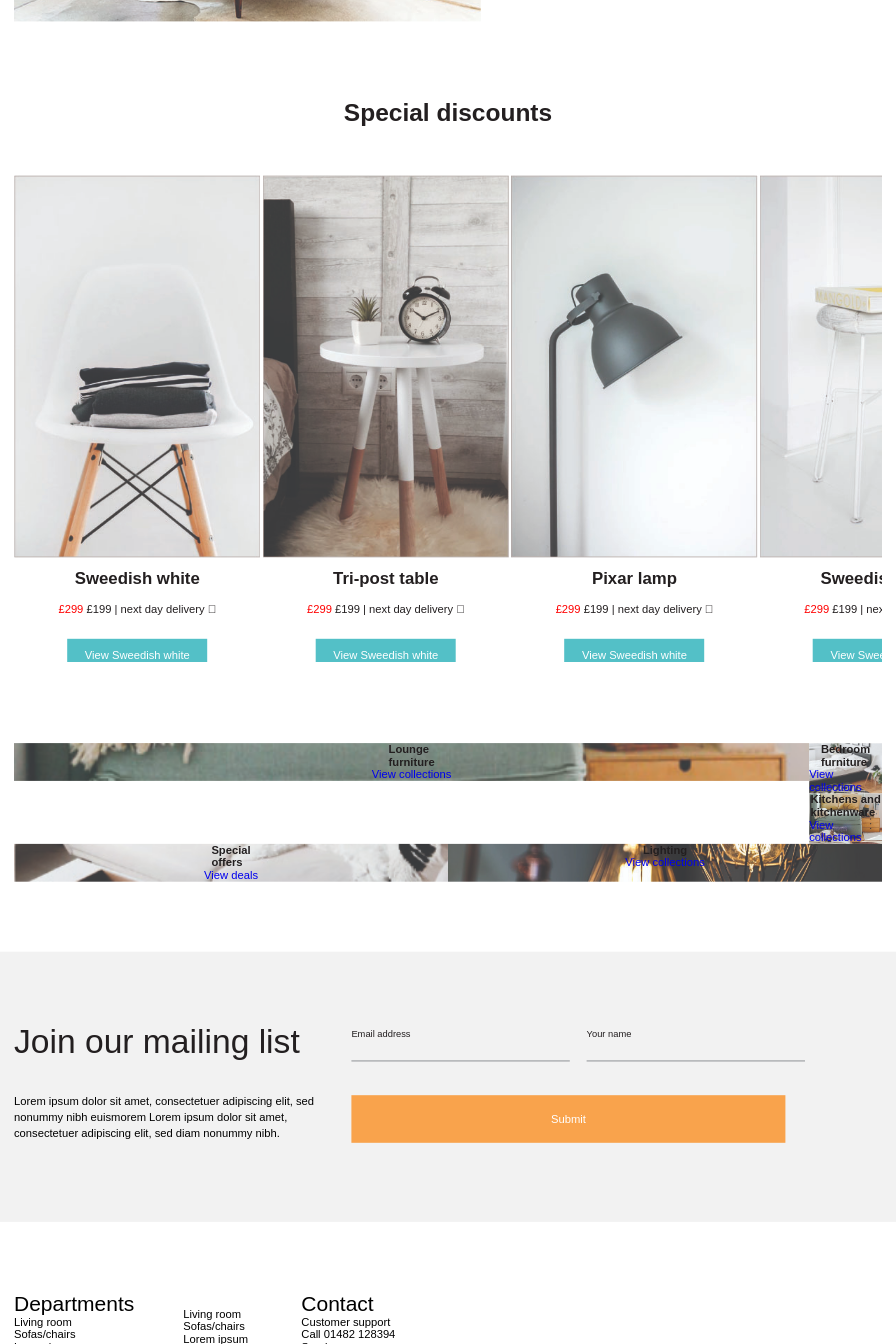
Repository: dinhhaidh/republic-web
Page: index.html
These files come from the project's save history. The page is drawn as it stood at one moment and after the next save; the edit follows.
The browser window is 1280 px wide. The pictures show the part of the page from y = 1392 to 3312 px (the page is 3734 px tall before and 3529 px after), at 70% of full size.
Some web fonts or font styles are not loaded; a fallback is used. Some web libraries are served in a nearby version.

Above is the page before, as saved 2024-01-26 09:01:20.

### index.html
<!DOCTYPE html>
<html lang="en">
<head>
    <meta charset="UTF-8">
    <meta name="viewport" content="width=device-width, initial-scale=1.0">

    <!--=============== FAVICON ===============-->
    <link rel="shortcut icon" href="assets/img/favicon.png" type="image/x-icon">

    <!--=============== REMIXICONS ===============-->
    <link rel="stylesheet" href="https://cdn.jsdelivr.net/npm/remixicon@4.1.0/fonts/remixicon.min.css">

    <link
    rel="stylesheet"
    href="https://cdn.jsdelivr.net/npm/swiper@11/swiper-bundle.min.css"
  />

    <!--=============== CSS ===============-->
    <link rel="stylesheet" href="style.css">

    <title>Responsive </title>
</head>
<body>
    <!--==================== HEADER ====================-->
    <header class="header" id="header">
        <nav class="nav container">
            <div href="#" class="nav__logo">
                <img src="./img/logo.jpg" alt="image" class="nav__img">
            </div>
            <div class="nav__menu" id="nav-menu">
                <ul class="nav__list">
                    <li class="nav__item">
                        <a href="#home" class="nav__link">Home</a>
                    </li>
                    <li class="nav__item">
                        <a href="#bedroom" class="nav__link">Bedroom</a>
                    </li>
                    <li class="nav__item">
                        <a href="#lounge" class="nav__link">Lounge</a>
                    </li>
                    <li class="nav__item">
                        <a href="#kitchen" class="nav__link">Kitchen</a>
                    </li>
                    <li class="nav__item">
                        <a href="#lighting" class="nav__link">Lighting</a>
                    </li>
                </ul>
                <div class="nav__close" id="nav-close">
                    <i class="ri-close-line"></i>
                </div>
                <form action="" class="nav__button">
                    <div class="button">
                        <input type="text" placeholder="Find something..." class="form-control">
                        <i class="ri-search-line button__search"></i>
                    </div>
                    <div class="shopping">
                        <i class="ri-shopping-cart-line "></i>
                        <span class="shopping__quantity">0</span>
                    </div>
                </form>
                <!-- toggle -->
                <div class="nav__toggle" id="nav-toggle">
                    <i class="ri-menu-line"></i>
                </div>
            </div>

        </nav>
    </header>

    <!--==================== MAIN ====================-->
    <main class="main">
        <!--==================== Home  ====================-->
        <section class="home section" id="home">
            <div class="home__container container">
                <div class="home__contennt">
                    <h1 class="home__title">Premium <br> collection</h1>
                    <p class="home__desc">
                        Lorem ipsum dolor sit amet, consectetuer adipiscing elit, sed diam nonummy nibh euismorem ipsum dolor sit amet, consectetuer adipiscing elit
                    </p>
                    <h4>£2,300</h4>
                    <a href="#" class="button__link">View the collection</a>
                </div>
                <div class="home__images">
                    <img src="./img/hom1.jpg" alt="" class="home__image">
                    <div class="home__span">
                        <span><a href="">Lorem ipsum dolor sit amet</a>    £2,300</span>
                        <span><a href="#"> Consectetuer adsed diam</a>    £2,300</span>
                    </div>
                </div>
            </div>
        </section>

        <!--==================== Bedroom ====================-->
        <section class="bedroom section" id="bedroom">
            <div class="bedroom__container container swiper">
                <div class="swiper-wrapper">
                    <div class="bedroom__main swiper-slide">
                        <div class="bedroom__images">
                            <img src="./img/funitire1.jpg" alt="" class="bedroom__image">
                        </div>
                        <div class="bedroom__content">
                            <span>Living room</span>
                            <div class="bedroom-brick"></div>
                            <h2 class="bedroom__title">Minimalist <br>
                                furniture</h2>
                            <p class="bedroom__desc">
                                Lorem ipsum dolor sit amet, consectetuer adipiscing elit, sed diam nonummy nibh euismorem
                            </p>
                            <a href="#" class="button__link">View the collection</a>
                        </div>
                    </div>
                    <div class="bedroom__main swiper-slide">
                        <div class="bedroom__images">
                            <img src="./img/finiture2.jpg" alt="" class="bedroom__image">
                        </div>
                        <div class="bedroom__content">
                            <span>Living room</span>
                            <div class="bedroom-brick"></div>
                            <h2 class="bedroom__title">Minimalist <br>
                                furniture</h2>
                            <p class="bedroom__desc">
                                Lorem ipsum dolor sit amet, consectetuer adipiscing elit, sed diam nonummy nibh euismorem
                            </p>
                            <a href="#" class="button__link">View the collection</a>
                        </div>
                    </div>
                    <div class="bedroom__main swiper-slide">
                        <div class="bedroom__images">
                            <img src="./img/funitire1.jpg" alt="" class="bedroom__image">
                        </div>
                        <div class="bedroom__content">
                            <span>Living room</span>
                            <div class="bedroom-brick"></div>
                            <h2 class="bedroom__title">Minimalist <br>
                                furniture</h2>
                            <p class="bedroom__desc">
                                Lorem ipsum dolor sit amet, consectetuer adipiscing elit, sed diam nonummy nibh euismorem
                            </p>
                            <a href="#" class="button__link">View the collection</a>
                        </div>
                    </div>
                </div>
            </div>
        </section>

        <!--==================== Lounge  ====================-->
        <section class="lounge  section" id="lounge">
            <h2 class="lounge-title">Special discounts</h2>
            <div class="lounge__container container swiper">
                <div class="swiper-wrapper">
                    <div class="swiper-slide">
                        <article class=" lounge__card">
                            <img src="./img/special1.jpg" alt="" class="lounge__img">
                            <h3>Sweedish white</h3>
                            <h4><span>£299</span> £199  |  next day delivery  </h4>
                            <a href="#" class="button__link lounge__button">View Sweedish white</a>
                        </article>
                    </div>
                    <div class="swiper-slide">
                        <article class=" lounge__card swiper-slide">
                            <img src="./img/special2.jpg" alt="" class="lounge__img">
                            <h3>Tri-post table</h3>
                            <h4><span>£299</span> £199  |  next day delivery  </h4>
                            <a href="#" class="button__link lounge__button">View Sweedish white</a>
                        </article>
                    </div>
                    <article class=" lounge__card swiper-slide">
                        <img src="./img/special3.jpg" alt="" class="lounge__img">
                        <h3>Pixar lamp</h3>
                        <h4><span>£299</span> £199  |  next day delivery  </h4>
                        <a href="#" class="button__link lounge__button">View Sweedish white</a>
                    </article>
                    <div class="swiper-slide">
                        <article class="lounge__card">
                            <img src="./img/special4.jpg" alt="" class="lounge__img">
                            <h3>Sweedish white</h3>
                            <h4><span>£299</span> £199  |  next day delivery  </h4>
                            <a href="#" class="button__link lounge__button">View Sweedish white</a>
                        </article>
                    </div>
                    <div class="swiper-slide">
                        <article class=" lounge__card">
                            <img src="./img/special1.jpg" alt="" class="lounge__img">
                            <h3>Sweedish white</h3>
                            <h4><span>£299</span> £199  |  next day delivery  </h4>
                            <a href="#" class="button__link lounge__button">View Sweedish white</a>
                        </article>
                    </div>

                </div>
            </div>
        </section>

        <!--==================== Kitchen ====================-->
        <section class="kitchen  section" id="kitchen">
            <div class="kitchen__container container ">
                <div class="kitchen__content">
                    <div class="kitchen__img kitchen__special">
                        <!-- <img src="./img/special5.jpg"  alt="Kitchen image" class="kitchen__one"> -->
                        <div class="kitchen__img__one kitchen-img-top kitchen__collections">
                            <h4>Lounge <br> furniture</h4>
                            <a href="#">View collections</a>
                        </div>
                    </div>
                    <div class="kitchen__image">
                        <div class="kitchen__furniture kitchen__specia">
                            <!-- <img src="./img/special6.jpg"  alt="Kitchen image"> -->
                            <div class="kitchen-img__view kitchen__collections">
                                <h4>Bedroom <br> furniture</h4>
                                <a href="#">View collections</a>
                            </div>
                        </div>
                        <div class="kitchen__special">
                            <!-- <img src="./img/special7.jpg"  alt="Kitchen image"> -->
                            <div class="kitchen__img3 kitchen__collections">
                                <h4>Kitchens and<br> kitchenware</h4>
                                <a href="#">View collections</a>
                            </div>
                        </div>
                    </div>
                </div>
            </div>
            <div class="Kitchen__main container grid">
                <div class="Kitchen__img1">
                    <div class="kitchen__special kitchen__kitchenware">
                        <!-- <div class="kitchen__for"><img src="./img/special8.jpg" alt="Kitchen image"></div> -->
                        <div class="kitchen__imag4 kitchen__collections">
                            <h4>Special<br>offers</h4>
                            <a href="#">View deals</a>
                        </div>
                    </div>
                    <div class="kitchen__special kitchen__kitchenwares">
                        <!-- <img src="./img/special9.jpg"  alt="Kitchen image"> -->
                        <div class="kitchen__img5 kitchen__collections">
                            <h4>Lighting</h4>
                            <a href="#">View collections</a>
                        </div>
                    </div>
                </div>
            </div>
        </section>

        <!-- <section class="kitchen" id="kitchen">
            <div class="kitchen__container container">
                <div class="kitchen__chekin grid">
                    <div class="kitchen__item">
                        <img src="./img/special5.jpg" alt="">
                        <div class="kitchen__img__one kitchen-img-top">
                            <h4>Lounge <br> furniture</h4>
                            <a href="#">View collections</a>
                        </div>
                    </div>
                    <div class="kitchen__item">
                        <img src="./img/special6.jpg"  alt="Kitchen image">
                        <div class="kitchen-img__view">
                            <h4>Bedroom <br> furniture</h4>
                            <a href="#">View collections</a>
                        </div>
                    </div>
                    <div class="kitchen__item">
                        <img src="./img/special7.jpg"  alt="Kitchen image">
                        <div class="kitchen__img3">
                            <h4>Kitchens and<br> kitchenware</h4>
                            <a href="#">View collections</a>
                        </div>
                    </div>
                </div>
                <div class="kitchen__content container">
                    <div class="kitchen__item">
                        <img src="./img/special8.jpg" alt="Kitchen image">
                        <div class="kitchen__imag4">
                            <h4>Special<br>offers</h4>
                            <a href="#">View deals</a>
                        </div>
                    </div>
                    <div class="kitchen__item">
                        <img src="./img/special9.jpg"  alt="Kitchen image">
                        <div class="kitchen__img5">
                            <h4>Lighting</h4>
                            <a href="#">View collections</a>
                        </div>
                    </div>
                </div>
            </div>
        </section> -->

        <!--==================== Lighting ====================-->
        <section class="lighting  section" id="lighting">
            <div class="lighting__container container">
                <div class="lighting__list">
                    <h2 class="lighting__heading">Join our mailing list</h2>
                    <p class="lighting__desc">Lorem ipsum dolor sit amet, consectetuer adipiscing elit, sed nonummy nibh euismorem Lorem ipsum dolor sit amet, consectetuer adipiscing elit, sed diam nonummy nibh.</p>
                </div>
                <div class="lighting__form">
                    <form action="" class="lighting__input">
                        <input type="text" placeholder="Email address" class="form__contro">
                        <input type="name" placeholder="Your name" class="form__control">
                    </form>
                    <a href="#" class="lighting__button">Submit</a>
                </div>
            </div>
        </section>
    </main>

    <!--==================== FOOTER ====================-->
    <footer class="footer">
        <div class="footer__container container">
            <div class="footer__content grid">
                <div class="footer__data">
                    <h3 class="footer__title">Departments</h3>
                    <ul class="footer__list">
                        <li class="footer__links">
                            <a href="#" class="footer__link">Living room</a>
                        </li>
                        <li class="footer__links">
                            <a href="#" class="footer__link">Sofas/chairs</a>
                        </li>
                        <li class="footer__links">
                            <a href="#" class="footer__link">Lorem ipsum</a>
                        </li>
                        <li class="footer__links">
                            <a href="#" class="footer__link">Dolor sit amet</a>
                        </li>
                        <li class="footer__links">
                            <a href="#" class="footer__link">Consectetuer</a>
                        </li>
                        <li class="footer__links">
                            <a href="#" class="footer__link">Bathoom</a>
                        </li>
                        <li class="footer__links">
                            <a href="#" class="footer__link">Sofas/chairs</a>
                        </li>
                        <li class="footer__links">
                            <a href="#" class="footer__link">Lorem ipsum</a>
                        </li>
                    </ul>
                </div>
                <div class="footer__data footer__item">
                    <ul class="footer__list">
                        <li class="footer__links">
                            <a href="#" class="footer__link">Living room</a>
                        </li>
                        <li class="footer__links">
                            <a href="#" class="footer__link">Sofas/chairs</a>
                        </li>
                        <li class="footer__links">
                            <a href="#" class="footer__link">Lorem ipsum</a>
                        </li>
                        <li class="footer__links">
                            <a href="#" class="footer__link">Dolor sit amet</a>
                        </li>
                        <li class="footer__links">
                            <a href="#" class="footer__link">Consectetuer</a>
                        </li>
                        <li class="footer__links">
                            <a href="#" class="footer__link">Bathoom</a>
                        </li>
                        <li class="footer__links">
                            <a href="#" class="footer__link">Sofas/chairs</a>
                        </li>
                        <li class="footer__links">
                            <a href="#" class="footer__link">Lorem ipsum</a>
                        </li>
                    </ul>
                </div>
                <div class="footer__data">
                    <h3 class="footer__title">Contact</h3>
                    <ul class="footer__list">
                        <li class="footer__links">
                            <a href="#" class="footer__link">Customer support</a>
                        </li>
                        <li class="footer__links">
                            <a href="#" class="footer__link">Call 01482 128394</a>
                        </li>
                        <li class="footer__links">
                            <a href="#" class="footer__link">Send us a message</a>
                        </li>
                        <li class="footer__links">
                            <a href="#" class="footer__link">The team</a>
                        </li>
                        <li class="footer__links">
                            <a href="#" class="footer__link">About us</a>
                        </li>
                        <li class="footer__links">
                            <a href="#" class="footer__link">Team careers</a>
                        </li>
                    </ul>
                </div>
            </div>
            <div class="footer__img">
                <div class="footer__brick"></div>
                <div class="footer__circle"></div>
            </div>
            <div class="footer__copy">Made in Hornsea, East Yorkshire, England | www.uirepublic.net</div>
        </div>
    </footer>

    <!--========== SCROLL UP ==========-->

    <script src="https://cdn.jsdelivr.net/npm/swiper@11/swiper-bundle.min.js"></script>


    <!--=============== SCROLLREVEAL ===============-->
    <script src=""></script>

    <!--=============== JQuery ===============-->
    <script src="https://code.jquery.com/jquery-3.7.1.slim.min.js" integrity="sha256-kmHvs0B+OpCW5GVHUNjv9rOmY0IvSIRcf7zGUDTDQM8=" crossorigin="anonymous"></script>

    <!--=============== MAIN JS ===============-->
    <script src="/js/main.js"></script>
</body>
</html>

### js/main.js
$(document).ready(function () {
  $("#nav-toggle").click(function () {
    $("#nav-menu").addClass("show-menu");
  });
  $("#nav-close").click(function () {
    $("#nav-menu").removeClass("show-menu");
  });
  $(window).scroll(function () {
    $("#header").toggleClass("scroll-header", $(this).scrollTop() >= 50);
  });
});
/*=============== SWIPER PRODUCTS ===============*/
var swiperLounge = new Swiper(".lounge__container", {
  // luot lien tuc
  slidesPerView: 3.5,
  spaceBetween: 3,
  grabCursor: true,
  // centeredSlides: true,
  loop: true,
  navigator: {
    nextEl: ".swiper-button-next",
    prevEl: ".swiper-button-prev",
  },
  // lích thước resposive
  // breakpoints: {
  //   220: {
  //     slidesPerView: 1,
  //     spaceBetween: 20,
  //   },
  //   450: {
  //     slidesPerView: 1.5,
  //     spaceBetween: 20,
  //   },
  //   640: {
  //     slidesPerView: 2,
  //     spaceBetween: 40,
  //   },
  //   820: {
  //     slidesPerView: 3,
  //     spaceBetween: 40,
  //   },
  //   1240: {
  //     slidesPerView: 3.2,
  //     spaceBetween: 20,
  //   }
  // }

  // breakpoints: {
  //   "@0.00": {
  //     slidesPerView: 1,
  //     spaceBetween: 10,
  //   },
  //   "@0.75": {
  //     slidesPerView: 2,
  //     spaceBetween: 20,
  //   },
  //   "@1.00": {
  //     slidesPerView: 3,
  //     spaceBetween: 40,
  //   },
  //   "@1.50": {
  //     slidesPerView: 3.5,
  //     spaceBetween: 50,
  //   },
  // },
});

// var swiper = new Swiper(".lounge__container", {
//   // luot lien tuc
//     spaceBetween: 32,
//     grabCursor: true,
//     centeredSlides: true,
//     slidesPerView: "auto",
//     loop: true,

// slidesPerView: 3,
// spaceBetween: 30,
// freeMode: true,
// pagination: {
//   el: ".swiper-pagination",
//   clickable: true,
// },

//   slidesPerView: 3,
//   spaceBetween: 30,
//   centeredSlides: true,
//   pagination: {
//     el: ".swiper-pagination",
//     clickable: true,
//   },
// });


// bedoom
var swiper = new Swiper(".bedroom__container ", {
  spaceBetween: 32,
      grabCursor: true,
      centeredSlides: true,
      slidesPerView: "auto",
      loop: true,

  navigation: {
    nextEl: ".swiper-button-next",
    prevEl: ".swiper-button-prev",
  },
});

Loaded but not shown: style.css (939 lines, source omitted)

After the next save:
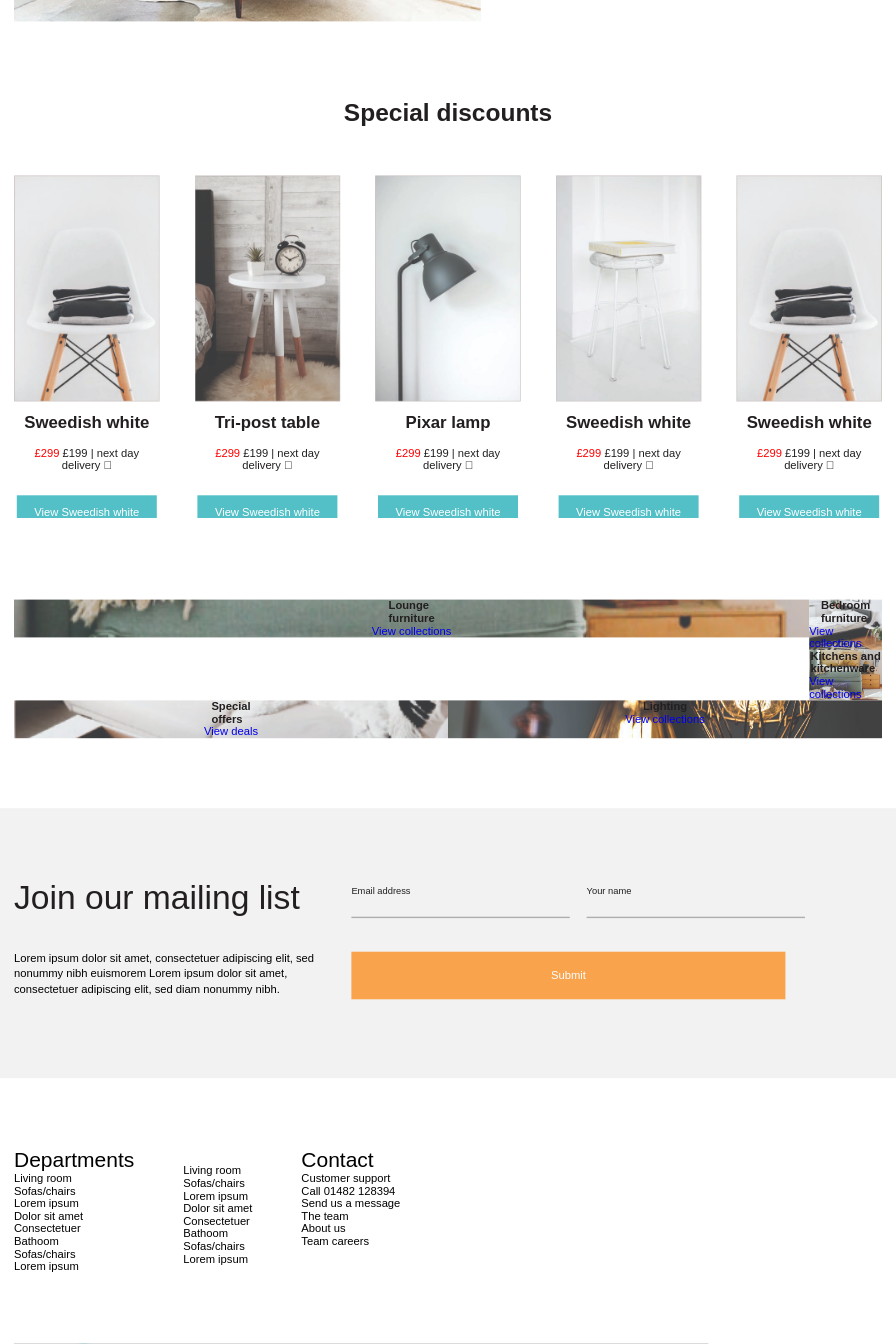
Saved 4 s later.
--- a/js/main.js
+++ b/js/main.js
@@ -44,6 +44,21 @@ var swiperLounge = new Swiper(".lounge__container", {
   //     spaceBetween: 20,
   //   }
   // }
+
+  breakpoints: {
+    640: {
+      slidesPerView: 2,
+      spaceBetween: 20,
+    },
+    768: {
+      slidesPerView: 4,
+      spaceBetween: 40,
+    },
+    1024: {
+      slidesPerView: 5,
+      spaceBetween: 50,
+    },
+  },
 
   // breakpoints: {
   //   "@0.00": {
